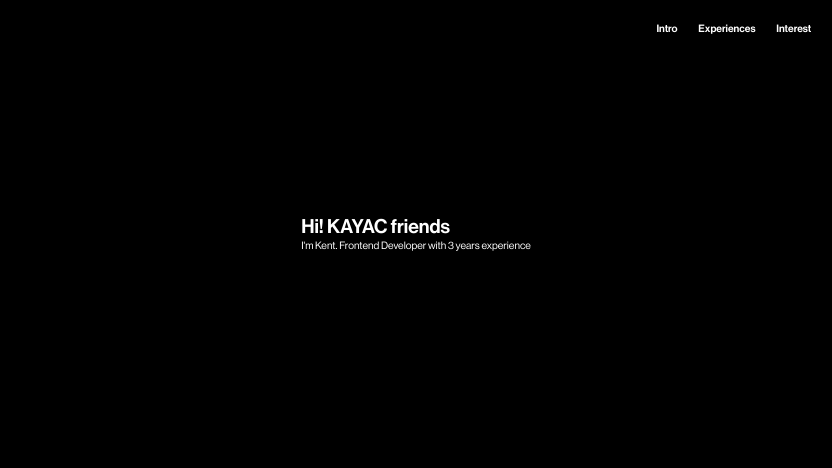
Repository: kentnathaniel/kayac-presentation
Page: /
An editor plug-in stored every save of this project. The page is shown before and after the next save, followed by the edit.
The browser window is 1280 px wide. The pictures show the whole page, at 65% of full size.
The project was rebuilt for these pictures with package versions that can differ from the ones it lists, and the page was loaded fresh each time. Also part of the build but not shown: vite.config.ts.

Above is the page before, as saved 2024-09-14 09:06:58.

### src/App.tsx
function App() {
  return (
    <div className="grid w-screen min-h-screen">
      <nav className="flex w-screen fixed top-0 gap-8 p-8 justify-end">
        <a>Intro</a>
        <a>Experiences</a>
        <a>Interest</a>
      </nav>
      <div className="flex flex-col justify-center mx-auto h-screen">
        <h1 className="text-3xl text-left">Hi! KAYAC friends</h1>
        <p className="font-thin">
          I'm Kent. Frontend Developer with 3 years experience
        </p>
      </div>
    </div>
  );
}

export default App;

### src/index.css
@tailwind base;
@tailwind components;
@tailwind utilities;

body {
  background-color: black;
  color: white;
}

/* Thin */
@font-face {
  font-family: "Neue-Haas-Grotesk";
  src: url("./assets/fonts/NeueHaasDisplayRoman.ttf") format("truetype");
  font-weight: 300;
  font-style: normal;
}

@font-face {
  font-family: "Neue-Haas-Grotesk";
  src: url("./assets/fonts/NeueHaasDisplayRomanItalic.ttf") format("truetype");
  font-weight: 300;
  font-style: italic;
}

/* Mediums */
@font-face {
  font-family: "Neue-Haas-Grotesk";
  src: url("./assets/fonts/NeueHaasDisplayMedium.ttf") format("truetype");
  font-weight: 400;
  font-style: normal;
}

@font-face {
  font-family: "Neue-Haas-Grotesk";
  src: url("./assets/fonts/NeueHaasDisplayMediumItalic.ttf") format("truetype");
  font-weight: 400;
  font-style: italic;
}

/* Bolds */
@font-face {
  font-family: "Neue-Haas-Grotesk";
  src: url("./assets/fonts/NeueHaasDisplayBold.ttf") format("truetype");
  font-weight: 700;
  font-style: normal;
}

@font-face {
  font-family: "Neue-Haas-Grotesk";
  src: url("./assets/fonts/NeueHaasDisplayBoldItalic.ttf") format("truetype");
  font-weight: 700;
  font-style: italic;
}

body {
  font-family: "Neue-Haas-Grotesk", Arial, Helvetica, sans-serif;
}

### tailwind.config.ts
/** @type {import('tailwindcss').Config} */
export default {
  content: ["./index.html", "./src/**/*.{js,ts,jsx,tsx}"],
  theme: {
    extend: {
      fontFamily: {
        custom: ["Neue-Haas-Grotesk"],
      },
    },
  },
  plugins: [],
};

Loaded but not shown: index.html (common file); src/main.tsx (common file)

After the next save:
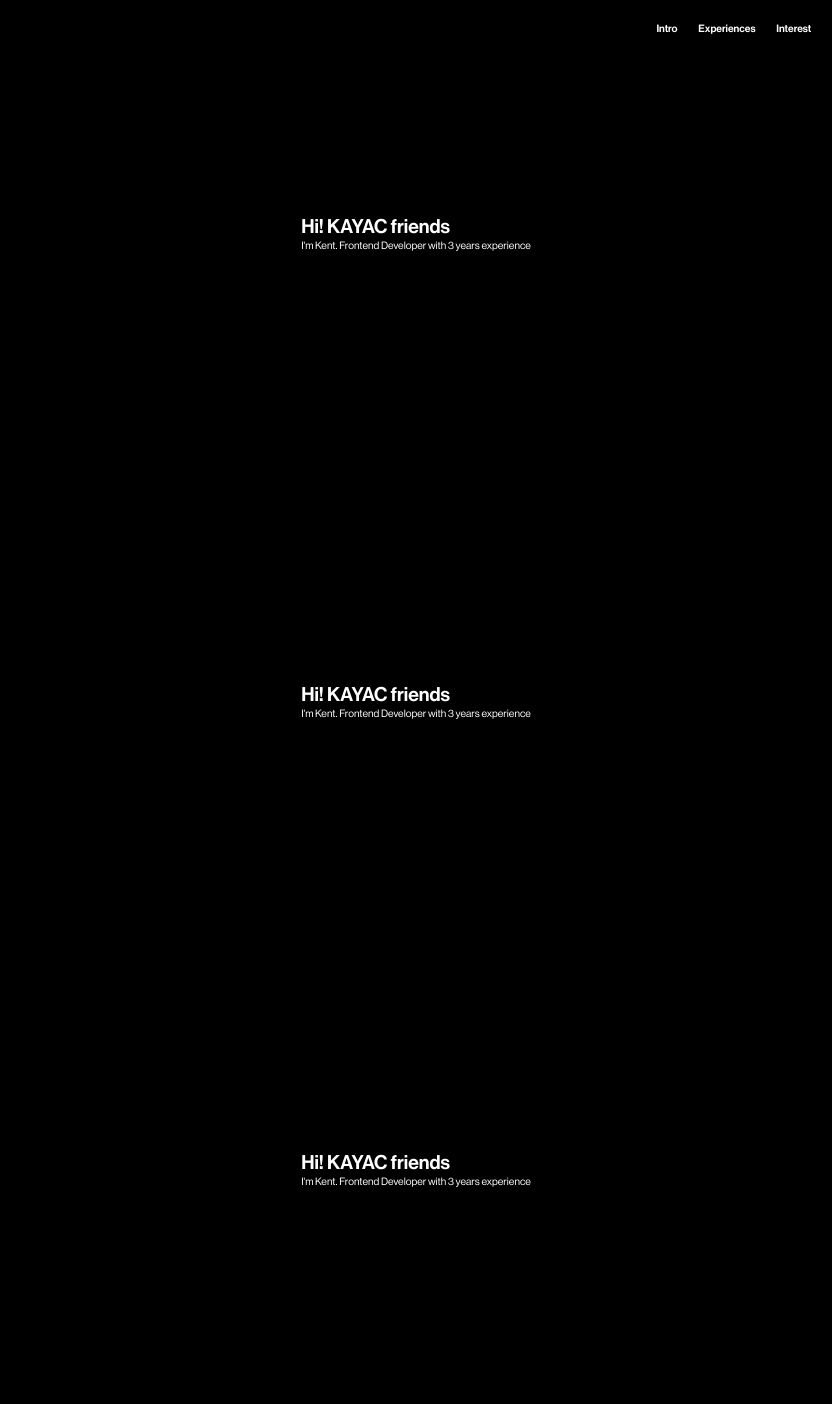
Saved 114 s later.
--- a/src/App.tsx
+++ b/src/App.tsx
@@ -6,6 +6,21 @@
         <a>Experiences</a>
         <a>Interest</a>
       </nav>
+
+      <div className="flex flex-col justify-center mx-auto h-screen">
+        <h1 className="text-3xl text-left">Hi! KAYAC friends</h1>
+        <p className="font-thin">
+          I'm Kent. Frontend Developer with 3 years experience
+        </p>
+      </div>
+
+      <div className="flex flex-col justify-center mx-auto h-screen">
+        <h1 className="text-3xl text-left">Hi! KAYAC friends</h1>
+        <p className="font-thin">
+          I'm Kent. Frontend Developer with 3 years experience
+        </p>
+      </div>
+
       <div className="flex flex-col justify-center mx-auto h-screen">
         <h1 className="text-3xl text-left">Hi! KAYAC friends</h1>
         <p className="font-thin">

After the 4 saves that followed:
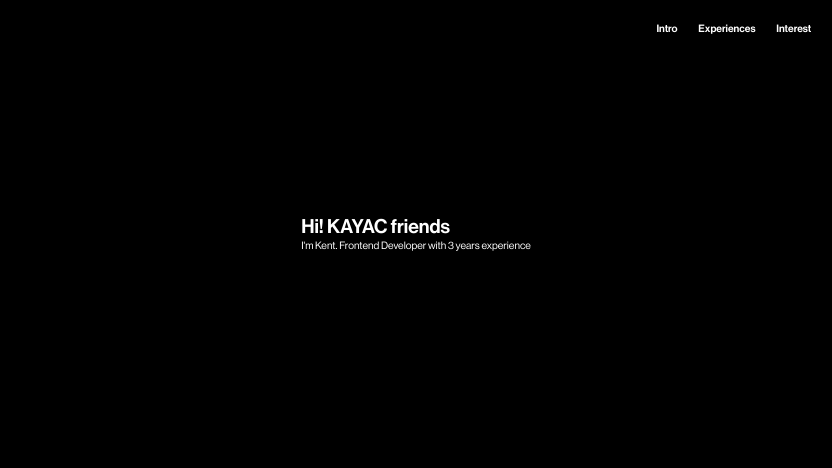
The 4 saves are shown as one change because 3 left the picture as it was.
The last was saved 78 s later.
--- a/src/App.tsx
+++ b/src/App.tsx
@@ -1,13 +1,20 @@
 function App() {
   return (
-    <div className="grid w-screen min-h-screen">
+    <div className="flex flex-col w-screen min-h-screen overflow-x-hidden">
       <nav className="flex w-screen fixed top-0 gap-8 p-8 justify-end">
-        <a>Intro</a>
-        <a>Experiences</a>
-        <a>Interest</a>
+        <a className="cursor-pointer">Intro</a>
+        <a className="cursor-pointer">Experiences</a>
+        <a className="cursor-pointer">Interest</a>
       </nav>
 
       <div className="flex flex-col justify-center mx-auto h-screen">
+        <h1 className="text-3xl text-left">Hi! KAYAC friends</h1>
+        <p className="font-thin">
+          I'm Kent. Frontend Developer with 3 years experience
+        </p>
+      </div>
+
+      {/* <div className="flex flex-col justify-center mx-auto h-screen">
         <h1 className="text-3xl text-left">Hi! KAYAC friends</h1>
         <p className="font-thin">
           I'm Kent. Frontend Developer with 3 years experience
@@ -19,14 +26,7 @@
         <p className="font-thin">
           I'm Kent. Frontend Developer with 3 years experience
         </p>
-      </div>
-
-      <div className="flex flex-col justify-center mx-auto h-screen">
-        <h1 className="text-3xl text-left">Hi! KAYAC friends</h1>
-        <p className="font-thin">
-          I'm Kent. Frontend Developer with 3 years experience
-        </p>
-      </div>
+      </div> */}
     </div>
   );
 }
